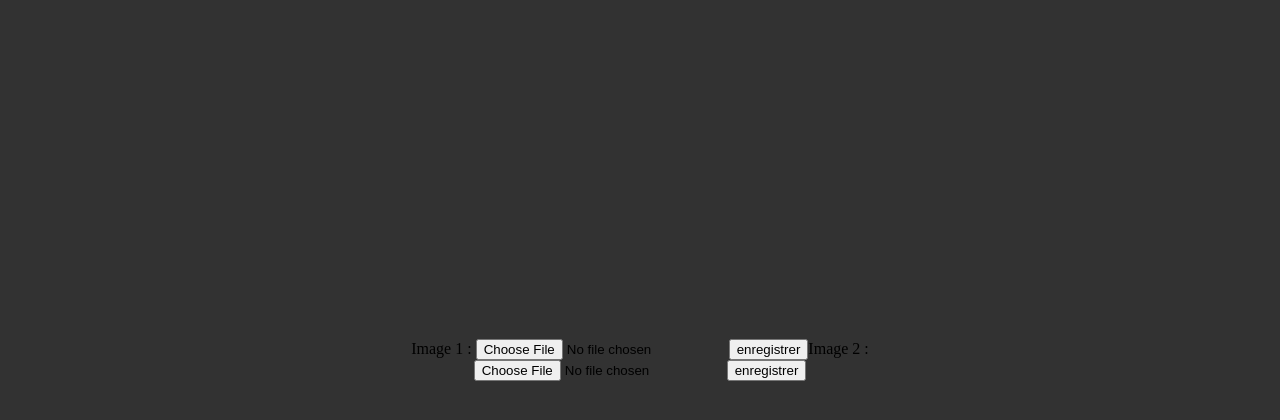
Repository: Lucas-Cassan/img-assembler
Page: / (app in frontend/)
These files come from the project's save history. The page is drawn as it stood at one moment and after the next save; the edit follows.
The browser window is 1280 px wide. The pictures show the whole page.
The project was rebuilt for these pictures with package versions that can differ from the ones it lists, and the page was loaded fresh each time.

Above is the page before, as saved 2022-02-02 14:55:05.

### frontend/src/index.js
import React from "react";
import ReactDOM from "react-dom";
import "./styles/index.scss";
import App from "./App";

ReactDOM.render(
  <React.StrictMode>
    <App />
  </React.StrictMode>,
  document.getElementById("root"),
);

### frontend/src/styles/index.scss
html{
    padding: 0;
    margin: 0;

    body{
        padding: 0;
        margin: 0;
        width: 100vw;
        height: 100vh;
        overflow: hidden;
        display: flex;
        justify-content: center;
        align-items: center;
        background-color: #323232;

        #root{
            width: 100%;
            height: 100%;
            display: flex;
            justify-content: center;
            align-items: center;
            flex-direction: column;

            #img{

            }
            form{

            }
        }

    }
}

### frontend/src/App.js
import React from "react";
import Fusiooooon from "./pages/Fusiooooon";

const App = () => {
  return (
    <>
      <Fusiooooon />
    </>
  );
};

export default App;

### frontend/src/pages/Fusiooooon.js
import React, { useState } from "react";
import axios from "axios";

const Fusiooooon = () => {
  const [file1, setFile1] = useState();
  const [file2, setFile2] = useState();

  const handleSubmit = (e) => {
    e.preventDefault();

    console.log(file1);
    const data = new FormData();
    data.append("file", file1);

    axios({
      method: "post",
      url: `http://localhost:5000/img/merge`,
      data,
    })
      .then((res) => console.log(res))
      .catch((err) => console.log(err));
  };

  const handleSubmit2 = (e) => {
    e.preventDefault();

    console.log(file1);
    const data = new FormData();
    data.append("file", file2);

    axios({
      method: "post",
      url: `http://localhost:5000/img/merge`,
      data,
    })
      .then((res) => console.log(res))
      .catch((err) => console.log(err));
  };

  return (
    <>
      <div id="image"></div>
      <form action="" onSubmit={handleSubmit}>
        <label htmlFor="">Image 1 : </label>
        <input
          type="file"
          name="file"
          id="file"
          accept=".jpg, .jpeg, .png"
          onChange={(e) => setFile1(e.target.files[0])}
        />
        <input type="submit" value="enregistrer" />
        <label htmlFor="">Image 2 : </label>
      </form>
      <form action="" onSubmit={handleSubmit2}>
        <input
          type="file"
          name="file"
          id="file"
          accept=".jpg, .jpeg, .png"
          onChange={(e) => setFile2(e.target.files[0])}
        />
        <input type="submit" value="enregistrer" />
      </form>
    </>
  );
};

export default Fusiooooon;

Loaded but not shown: frontend/public/index.html (common file)

After the next save:
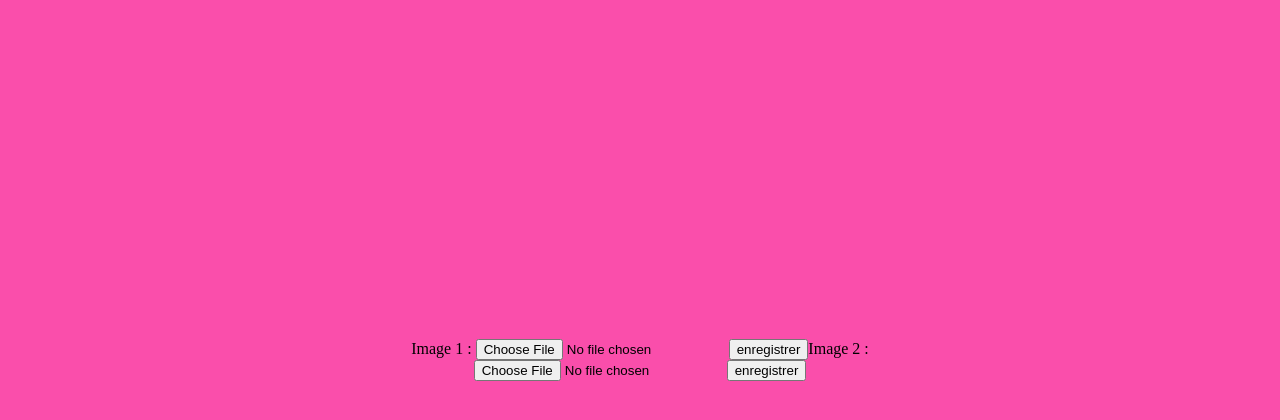
Saved 9 s later.
--- a/frontend/src/styles/index.scss
+++ b/frontend/src/styles/index.scss
@@ -11,7 +11,7 @@ html{
         display: flex;
         justify-content: center;
         align-items: center;
-        background-color: #323232;
+        background-color: #FA4EAB;
 
         #root{
             width: 100%;
